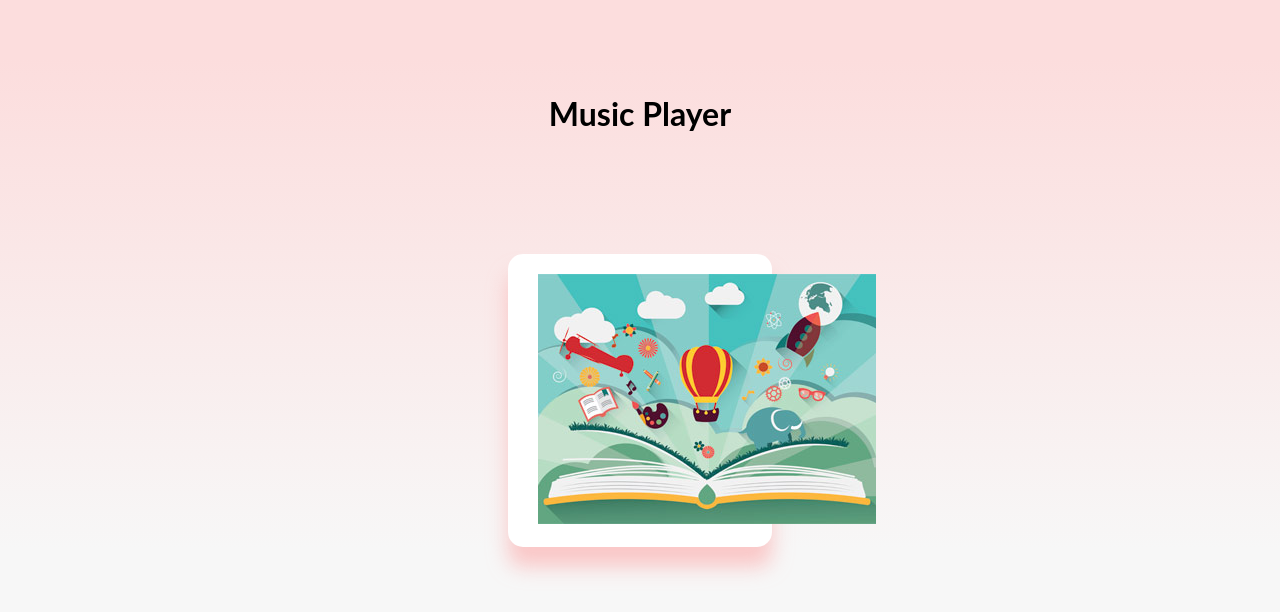
Repository: Youvelop/musicPlayer
Page: index.html
The author's editor kept a copy of each file at every save. The page is drawn from the files as they stood at one save, then again after the next save.
The browser window is 1280 px wide. The pictures show the whole page.
Some web fonts or font styles are not loaded; a fallback is used. Some web libraries are served in a nearby version.

Above is the page before, as saved 2020-07-08 07:55:21.

After the next save:
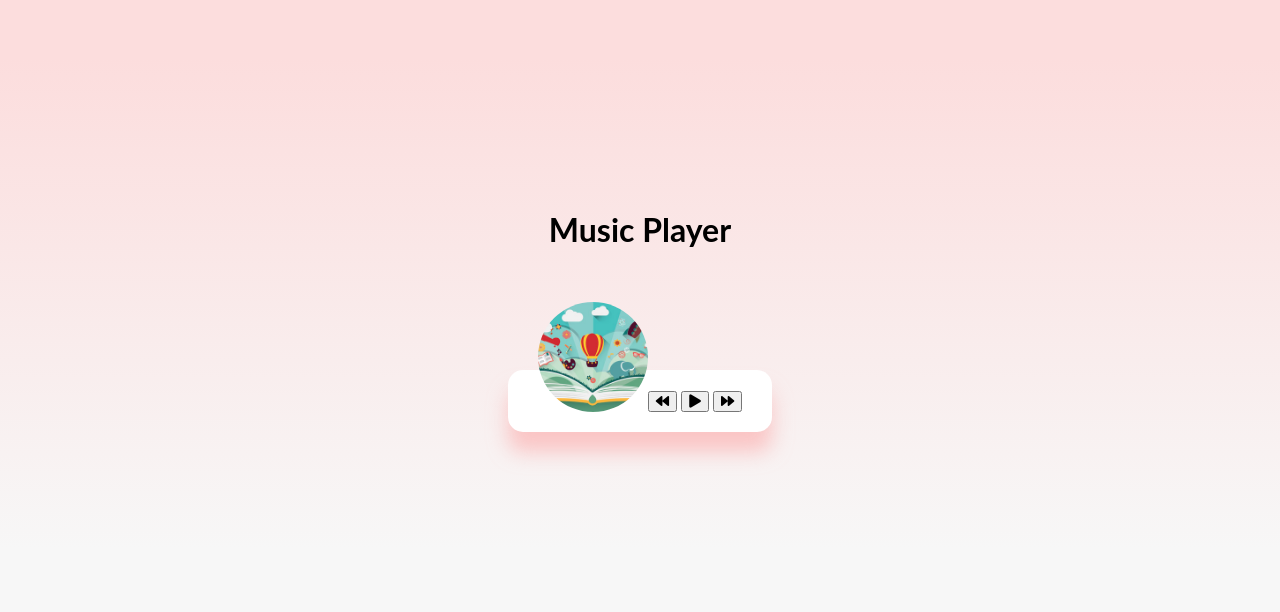
Saved 68 s later.
--- a/style.css
+++ b/style.css
@@ -34,3 +34,13 @@ body {
   position: relative;
   width: 110px;
 }
+
+.img-container img {
+  border-radius: 50%;
+  object-fit: cover;
+  height: 110px;
+  width: inherit;
+  position: absolute;
+  bottom: 0;
+  left: 0;
+}
